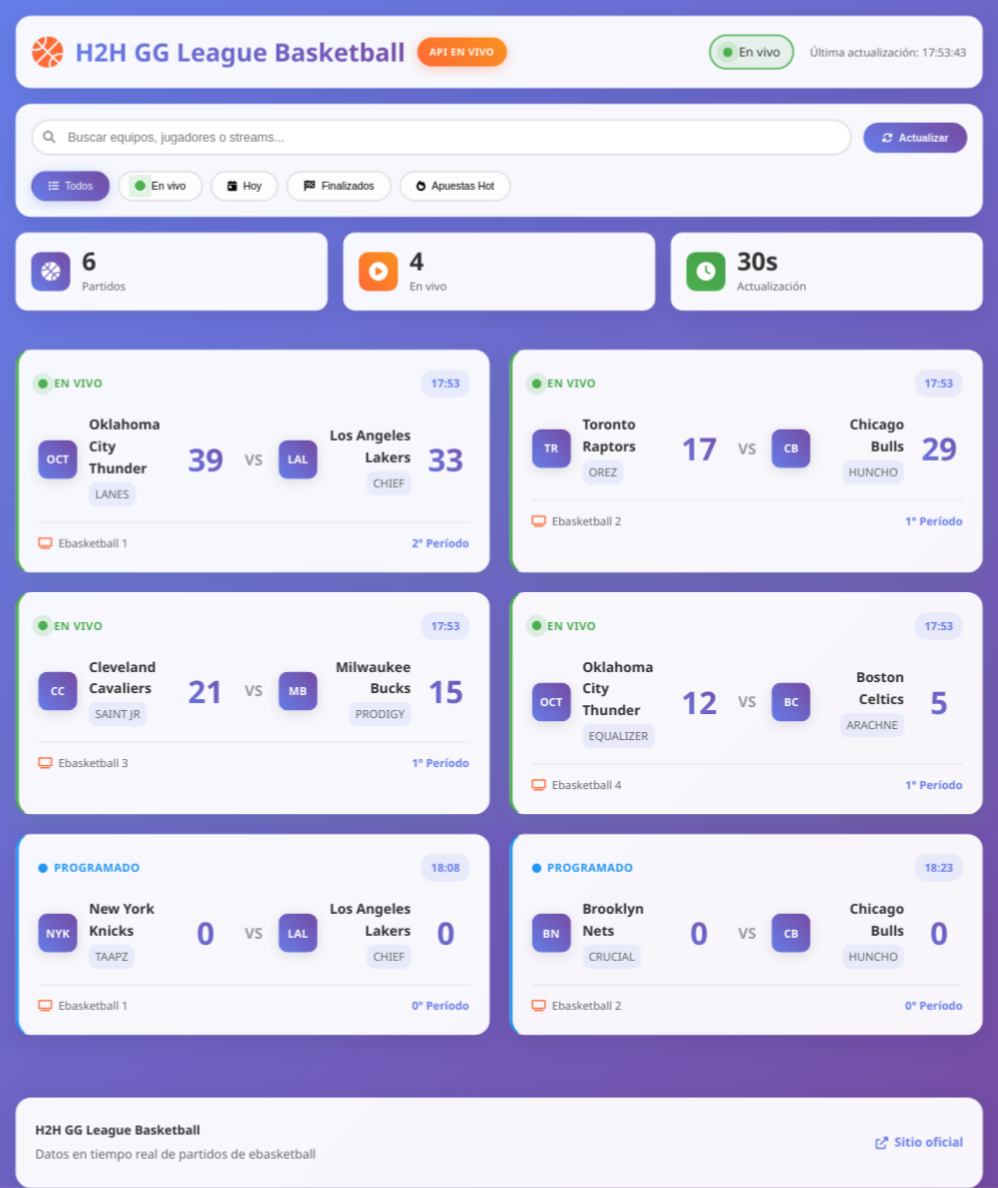
Repository: Diego-Orasystem/AnalisisApuestas
Page: index.html
The author's editor kept a copy of each file at every save. The page is drawn from the files as they stood at one save, then again after the next save.
The browser window is 1280 px wide. The pictures show the whole page, at 78% of full size.
The page's requests for data from a server got no answer.

Above is the page before, as saved 2025-07-06 18:37:35.

### index.html
<!DOCTYPE html>
<html lang="es">
<head>
    <meta charset="UTF-8">
    <meta name="viewport" content="width=device-width, initial-scale=1.0">
    <title>H2H GG League Basketball - Partidos en Vivo</title>
    <link rel="stylesheet" href="styles.css">
    <link href="https://cdnjs.cloudflare.com/ajax/libs/font-awesome/6.0.0/css/all.min.css" rel="stylesheet">
</head>
<body>
    <div class="container">
        <!-- Header -->
        <header class="header">
            <div class="header-content">
                <div class="logo">
                    <i class="fas fa-basketball-ball"></i>
                    <h1>H2H GG League Basketball</h1>
                    <span class="api-badge">API EN VIVO</span>
                </div>
                <div class="header-info">
                    <div class="live-indicator">
                        <div class="live-dot"></div>
                        <span>En vivo</span>
                    </div>
                    <div class="update-info">
                        Última actualización: <span id="lastUpdateTime">--:--:--</span>
                    </div>
                </div>
            </div>
        </header>

        <!-- Controls -->
        <div class="controls">
            <div class="search-container">
                <div class="search-box">
                    <i class="fas fa-search"></i>
                    <input type="text" id="searchInput" placeholder="Buscar equipos, jugadores o streams...">
                </div>
                <button class="refresh-btn" onclick="refreshGames()">
                    <i class="fas fa-sync-alt"></i>
                    Actualizar
                </button>
            </div>
            <div class="filters">
                <button class="filter-btn active" data-filter="all">
                    <i class="fas fa-list"></i>
                    Todos
                </button>
                <button class="filter-btn" data-filter="live">
                    <i class="fas fa-circle live-icon"></i>
                    En vivo
                </button>
                <button class="filter-btn" data-filter="today">
                    <i class="fas fa-calendar-day"></i>
                    Hoy
                </button>
                <button class="filter-btn" data-filter="finished">
                    <i class="fas fa-flag-checkered"></i>
                    Finalizados
                </button>
                <button class="filter-btn betting-filter" data-filter="betting">
                    <i class="fas fa-fire"></i>
                    Apuestas Hot
                </button>
            </div>
        </div>

        <!-- Stats -->
        <div class="stats">
            <div class="stat-card">
                <div class="stat-icon">
                    <i class="fas fa-basketball-ball"></i>
                </div>
                <div class="stat-info">
                    <div class="stat-number" id="totalGames">0</div>
                    <div class="stat-label">Partidos</div>
                </div>
            </div>
            <div class="stat-card">
                <div class="stat-icon">
                    <i class="fas fa-play-circle"></i>
                </div>
                <div class="stat-info">
                    <div class="stat-number" id="liveGames">0</div>
                    <div class="stat-label">En vivo</div>
                </div>
            </div>
            <div class="stat-card">
                <div class="stat-icon">
                    <i class="fas fa-clock"></i>
                </div>
                <div class="stat-info">
                    <div class="stat-number">30s</div>
                    <div class="stat-label">Actualización</div>
                </div>
            </div>
        </div>

        <!-- Main Content -->
        <main class="main-content">
            <!-- Loading -->
            <div class="loading" id="loading">
                <div class="loading-spinner">
                    <div class="spinner"></div>
                </div>
                <p>Cargando partidos...</p>
            </div>

            <!-- Error Message -->
            <div class="error-message" id="errorMessage">
                <i class="fas fa-exclamation-triangle"></i>
                <span>Error al cargar los datos. Reintentando...</span>
            </div>

            <!-- Games Container -->
            <div class="games-container" id="gamesContainer">
                <!-- Los partidos se cargarán aquí dinámicamente -->
            </div>

            <!-- No Games -->
            <div class="no-games" id="noGames" style="display: none;">
                <i class="fas fa-basketball-ball"></i>
                <h3>No hay partidos disponibles</h3>
                <p>No se encontraron partidos que coincidan con tu búsqueda o filtros.</p>
                <button class="refresh-btn" onclick="refreshGames()">
                    <i class="fas fa-sync-alt"></i>
                    Actualizar
                </button>
            </div>
        </main>

        <!-- Footer -->
        <footer class="footer">
            <div class="footer-content">
                <div class="footer-info">
                    <p><strong>H2H GG League Basketball</strong></p>
                    <p>Datos en tiempo real de partidos de ebasketball</p>
                </div>
                <div class="footer-links">
                    <a href="https://h2hgg.com/en/ebasketball" target="_blank">
                        <i class="fas fa-external-link-alt"></i>
                        Sitio oficial
                    </a>
                </div>
            </div>
        </footer>
    </div>

    <!-- Modal -->
    <div class="modal" id="gameModal">
        <div class="modal-dialog">
            <div class="modal-content">
                <div class="modal-header">
                    <h2>Detalles del Partido</h2>
                    <button class="close-btn" onclick="closeModal()">&times;</button>
                </div>
                <div class="modal-teams" id="modalTeams">
                    <!-- Los equipos se cargarán aquí -->
                </div>
                <div class="modal-game-details" id="modalGameDetails">
                    <!-- Los detalles se cargarán aquí -->
                </div>
            </div>
        </div>
    </div>

    <script src="scraper.js"></script>
    <script src="script.js"></script>
</body>
</html>

### styles.css
/* Reset y configuración base */
* {
    margin: 0;
    padding: 0;
    box-sizing: border-box;
}

body {
    font-family: 'Segoe UI', Tahoma, Geneva, Verdana, sans-serif;
    background: linear-gradient(135deg, #667eea 0%, #764ba2 100%);
    min-height: 100vh;
    color: #333;
    line-height: 1.6;
}

.container {
    max-width: 1400px;
    margin: 0 auto;
    padding: 0 20px;
    min-height: 100vh;
    display: flex;
    flex-direction: column;
}

/* Header */
.header {
    background: rgba(255, 255, 255, 0.95);
    backdrop-filter: blur(10px);
    border-radius: 20px;
    margin: 20px 0;
    padding: 20px;
    box-shadow: 0 8px 32px rgba(0, 0, 0, 0.1);
    border: 1px solid rgba(255, 255, 255, 0.2);
}

.header-content {
    display: flex;
    justify-content: space-between;
    align-items: center;
    flex-wrap: wrap;
    gap: 15px;
}

.logo {
    display: flex;
    align-items: center;
    gap: 15px;
}

.logo i {
    font-size: 2.5rem;
    color: #ff6b35;
    animation: bounce 2s infinite;
}

.logo h1 {
    font-size: 2rem;
    font-weight: 700;
    background: linear-gradient(45deg, #667eea, #764ba2);
    -webkit-background-clip: text;
    -webkit-text-fill-color: transparent;
    background-clip: text;
}

.api-badge {
    background: linear-gradient(45deg, #ff6b35, #f7931e);
    color: white;
    padding: 8px 16px;
    border-radius: 20px;
    font-size: 0.8rem;
    font-weight: 600;
    text-transform: uppercase;
    letter-spacing: 0.5px;
    box-shadow: 0 4px 15px rgba(255, 107, 53, 0.3);
}

.header-info {
    display: flex;
    align-items: center;
    gap: 20px;
    flex-wrap: wrap;
}

.live-indicator {
    display: flex;
    align-items: center;
    gap: 8px;
    background: rgba(76, 175, 80, 0.1);
    padding: 8px 16px;
    border-radius: 25px;
    border: 2px solid #4CAF50;
}

.live-dot {
    width: 12px;
    height: 12px;
    background: #4CAF50;
    border-radius: 50%;
    animation: pulse 1.5s infinite;
}

.update-info {
    color: #666;
    font-size: 0.9rem;
}

/* Controls */
.controls {
    background: rgba(255, 255, 255, 0.95);
    backdrop-filter: blur(10px);
    border-radius: 20px;
    padding: 20px;
    margin-bottom: 20px;
    box-shadow: 0 8px 32px rgba(0, 0, 0, 0.1);
}

.search-container {
    display: flex;
    gap: 15px;
    margin-bottom: 20px;
    align-items: center;
    flex-wrap: wrap;
}

.search-box {
    flex: 1;
    position: relative;
    min-width: 250px;
}

.search-box i {
    position: absolute;
    left: 15px;
    top: 50%;
    transform: translateY(-50%);
    color: #999;
    z-index: 1;
}

.search-box input {
    width: 100%;
    padding: 12px 15px 12px 45px;
    border: 2px solid #e0e0e0;
    border-radius: 25px;
    font-size: 1rem;
    background: white;
    transition: all 0.3s ease;
}

.search-box input:focus {
    outline: none;
    border-color: #667eea;
    box-shadow: 0 0 0 3px rgba(102, 126, 234, 0.1);
}

.refresh-btn {
    background: linear-gradient(45deg, #667eea, #764ba2);
    color: white;
    border: none;
    padding: 12px 24px;
    border-radius: 25px;
    font-weight: 600;
    cursor: pointer;
    transition: all 0.3s ease;
    display: flex;
    align-items: center;
    gap: 8px;
    white-space: nowrap;
}

.refresh-btn:hover {
    transform: translateY(-2px);
    box-shadow: 0 8px 25px rgba(102, 126, 234, 0.3);
}

.refresh-btn:active {
    transform: translateY(0);
}

.filters {
    display: flex;
    gap: 10px;
    flex-wrap: wrap;
}

.filter-btn {
    background: rgba(255, 255, 255, 0.8);
    border: 2px solid #e0e0e0;
    padding: 10px 20px;
    border-radius: 25px;
    cursor: pointer;
    transition: all 0.3s ease;
    font-weight: 500;
    display: flex;
    align-items: center;
    gap: 8px;
}

.filter-btn:hover {
    background: rgba(102, 126, 234, 0.1);
    border-color: #667eea;
    transform: translateY(-1px);
}

.filter-btn.active {
    background: linear-gradient(45deg, #667eea, #764ba2);
    color: white;
    border-color: transparent;
    box-shadow: 0 4px 15px rgba(102, 126, 234, 0.3);
}

.live-icon {
    color: #4CAF50;
    animation: pulse 1.5s infinite;
}

/* Stats */
.stats {
    display: grid;
    grid-template-columns: repeat(auto-fit, minmax(200px, 1fr));
    gap: 20px;
    margin-bottom: 30px;
}

.stat-card {
    background: rgba(255, 255, 255, 0.95);
    backdrop-filter: blur(10px);
    border-radius: 15px;
    padding: 20px;
    box-shadow: 0 8px 32px rgba(0, 0, 0, 0.1);
    display: flex;
    align-items: center;
    gap: 15px;
    transition: all 0.3s ease;
}

.stat-card:hover {
    transform: translateY(-5px);
    box-shadow: 0 15px 40px rgba(0, 0, 0, 0.15);
}

.stat-icon {
    width: 50px;
    height: 50px;
    border-radius: 12px;
    display: flex;
    align-items: center;
    justify-content: center;
    font-size: 1.5rem;
    color: white;
}

.stat-card:nth-child(1) .stat-icon {
    background: linear-gradient(45deg, #667eea, #764ba2);
}

.stat-card:nth-child(2) .stat-icon {
    background: linear-gradient(45deg, #ff6b35, #f7931e);
}

.stat-card:nth-child(3) .stat-icon {
    background: linear-gradient(45deg, #4CAF50, #45a049);
}

.stat-info {
    flex: 1;
}

.stat-number {
    font-size: 2rem;
    font-weight: 700;
    color: #333;
    line-height: 1;
}

.stat-label {
    color: #666;
    font-size: 0.9rem;
    font-weight: 500;
    margin-top: 5px;
}

/* Main Content */
.main-content {
    flex: 1;
    margin-bottom: 30px;
}

/* Loading */
.loading {
    display: none;
    flex-direction: column;
    align-items: center;
    justify-content: center;
    padding: 60px 20px;
    background: rgba(255, 255, 255, 0.95);
    backdrop-filter: blur(10px);
    border-radius: 20px;
    box-shadow: 0 8px 32px rgba(0, 0, 0, 0.1);
}

.loading-spinner {
    margin-bottom: 20px;
}

.spinner {
    width: 50px;
    height: 50px;
    border: 4px solid #f3f3f3;
    border-top: 4px solid #667eea;
    border-radius: 50%;
    animation: spin 1s linear infinite;
}

.loading p {
    color: #666;
    font-size: 1.1rem;
    font-weight: 500;
}

/* Error Message */
.error-message {
    background: linear-gradient(45deg, #ff4444, #cc0000);
    color: white;
    padding: 15px 20px;
    border-radius: 15px;
    margin-bottom: 20px;
    display: none;
    align-items: center;
    gap: 10px;
    box-shadow: 0 4px 15px rgba(255, 68, 68, 0.3);
}

.error-message i {
    font-size: 1.2rem;
}

/* Games Container */
.games-container {
    display: grid;
    grid-template-columns: repeat(auto-fit, minmax(400px, 1fr));
    gap: 25px;
    padding: 20px 0;
}

/* Game Cards */
.game-card {
    background: rgba(255, 255, 255, 0.95);
    backdrop-filter: blur(10px);
    border-radius: 20px;
    padding: 25px;
    box-shadow: 0 8px 32px rgba(0, 0, 0, 0.1);
    border: 1px solid rgba(255, 255, 255, 0.2);
    transition: all 0.3s ease;
    cursor: pointer;
    position: relative;
    overflow: hidden;
}

.game-card::before {
    content: '';
    position: absolute;
    top: 0;
    left: 0;
    right: 0;
    height: 4px;
    background: linear-gradient(45deg, #667eea, #764ba2);
    opacity: 0;
    transition: opacity 0.3s ease;
}

.game-card:hover {
    transform: translateY(-8px);
    box-shadow: 0 20px 50px rgba(0, 0, 0, 0.15);
}

.game-card:hover::before {
    opacity: 1;
}

.game-card.live {
    border-left: 4px solid #4CAF50;
    animation: liveGlow 2s infinite alternate;
}

.game-card.finished {
    border-left: 4px solid #9e9e9e;
}

.game-card.scheduled {
    border-left: 4px solid #2196F3;
}

/* Game Header */
.game-header {
    display: flex;
    justify-content: space-between;
    align-items: center;
    margin-bottom: 20px;
}

.game-status {
    display: flex;
    align-items: center;
    gap: 8px;
}

.status-indicator {
    width: 12px;
    height: 12px;
    border-radius: 50%;
}

.status-indicator.live {
    background: #4CAF50;
    animation: pulse 1.5s infinite;
}

.status-indicator.finished {
    background: #9e9e9e;
}

.status-indicator.scheduled {
    background: #2196F3;
}

.status-text {
    font-weight: 600;
    font-size: 0.9rem;
    text-transform: uppercase;
    letter-spacing: 0.5px;
}

.status-text.live {
    color: #4CAF50;
}

.status-text.finished {
    color: #9e9e9e;
}

.status-text.scheduled {
    color: #2196F3;
}

.game-time {
    background: rgba(102, 126, 234, 0.1);
    color: #667eea;
    padding: 6px 12px;
    border-radius: 15px;
    font-weight: 600;
    font-size: 0.9rem;
}

/* Game Teams */
.game-teams {
    display: flex;
    align-items: center;
    justify-content: space-between;
    margin-bottom: 20px;
}

.team {
    display: flex;
    align-items: center;
    gap: 15px;
    flex: 1;
}

.away-team {
    flex-direction: row-reverse;
    text-align: right;
}

.team-logo {
    position: relative;
    width: 50px;
    height: 50px;
    border-radius: 12px;
    overflow: hidden;
    box-shadow: 0 4px 15px rgba(0, 0, 0, 0.1);
}

.team-logo img {
    width: 100%;
    height: 100%;
    object-fit: cover;
}

.team-initial {
    width: 100%;
    height: 100%;
    background: linear-gradient(45deg, #667eea, #764ba2);
    color: white;
    display: flex;
    align-items: center;
    justify-content: center;
    font-weight: 700;
    font-size: 0.9rem;
}

.team-info {
    flex: 1;
}

.away-team .team-info {
    text-align: right;
}

.team-name {
    font-weight: 700;
    font-size: 1.1rem;
    color: #333;
    margin-bottom: 4px;
}

.team-player {
    color: #666;
    font-size: 0.9rem;
    font-weight: 500;
    background: rgba(102, 126, 234, 0.1);
    padding: 4px 8px;
    border-radius: 10px;
    display: inline-block;
}

.team-score {
    font-size: 2.5rem;
    font-weight: 700;
    color: #333;
    min-width: 60px;
    text-align: center;
    background: linear-gradient(45deg, #667eea, #764ba2);
    -webkit-background-clip: text;
    -webkit-text-fill-color: transparent;
    background-clip: text;
}

.game-vs {
    margin: 0 20px;
    font-weight: 700;
    color: #999;
    font-size: 1.2rem;
}

/* Game Footer */
.game-footer {
    display: flex;
    justify-content: space-between;
    align-items: center;
    padding-top: 15px;
    border-top: 1px solid rgba(0, 0, 0, 0.1);
}

.game-league {
    display: flex;
    align-items: center;
    gap: 8px;
    color: #666;
    font-size: 0.9rem;
    font-weight: 500;
}

.game-league i {
    color: #ff6b35;
}

.game-period {
    color: #667eea;
    font-weight: 600;
    font-size: 0.9rem;
}

/* No Games */
.no-games {
    text-align: center;
    padding: 60px 20px;
    background: rgba(255, 255, 255, 0.95);
    backdrop-filter: blur(10px);
    border-radius: 20px;
    box-shadow: 0 8px 32px rgba(0, 0, 0, 0.1);
}

.no-games i {
    font-size: 4rem;
    color: #ccc;
    margin-bottom: 20px;
}

.no-games h3 {
    color: #333;
    margin-bottom: 10px;
    font-size: 1.5rem;
}

.no-games p {
    color: #666;
    margin-bottom: 25px;
}

.no-games .refresh-btn {
    display: inline-flex;
}

/* Modal */
.modal {
    display: none;
    position: fixed;
    z-index: 1000;
    left: 0;
    top: 0;
    width: 100%;
    height: 100%;
    background-color: rgba(0, 0, 0, 0.5);
    backdrop-filter: blur(5px);
}

.modal-dialog {
    position: relative;
    margin: 5% auto;
    max-width: 600px;
    width: 90%;
    max-height: 80vh;
    overflow-y: auto;
}

.modal-content {
    background: white;
    border-radius: 20px;
    padding: 30px;
    box-shadow: 0 20px 60px rgba(0, 0, 0, 0.3);
    position: relative;
}

.modal-header {
    display: flex;
    justify-content: space-between;
    align-items: center;
    margin-bottom: 25px;
    padding-bottom: 15px;
    border-bottom: 2px solid #f0f0f0;
}

.modal-header h2 {
    color: #333;
    font-size: 1.8rem;
    font-weight: 700;
}

.close-btn {
    background: none;
    border: none;
    font-size: 1.5rem;
    color: #999;
    cursor: pointer;
    padding: 5px;
    border-radius: 50%;
    transition: all 0.3s ease;
}

.close-btn:hover {
    background: #f0f0f0;
    color: #333;
}

.modal-teams {
    display: flex;
    align-items: center;
    justify-content: space-between;
    margin-bottom: 30px;
    padding: 20px;
    background: #f8f9fa;
    border-radius: 15px;
}

.modal-team {
    display: flex;
    align-items: center;
    gap: 15px;
    flex: 1;
}

.modal-team:last-child {
    flex-direction: row-reverse;
    text-align: right;
}

.modal-team-logo {
    width: 60px;
    height: 60px;
    border-radius: 15px;
    object-fit: cover;
    box-shadow: 0 4px 15px rgba(0, 0, 0, 0.1);
}

.modal-team-info h3 {
    color: #333;
    font-size: 1.2rem;
    margin-bottom: 5px;
}

.modal-team-info p {
    color: #666;
    font-size: 0.9rem;
    margin: 2px 0;
}

.modal-team-score {
    font-size: 3rem;
    font-weight: 700;
    background: linear-gradient(45deg, #667eea, #764ba2);
    -webkit-background-clip: text;
    -webkit-text-fill-color: transparent;
    background-clip: text;
    min-width: 80px;
    text-align: center;
}

.modal-vs {
    margin: 0 20px;
    font-weight: 700;
    color: #999;
    font-size: 1.5rem;
}

.modal-game-details {
    display: grid;
    gap: 15px;
}

.detail-item {
    display: flex;
    justify-content: space-between;
    align-items: center;
    padding: 12px 15px;
    background: #f8f9fa;
    border-radius: 10px;
}

.detail-label {
    font-weight: 600;
    color: #333;
}

.detail-value {
    color: #666;
    font-weight: 500;
}

.detail-value.live {
    color: #4CAF50;
    font-weight: 700;
}

.detail-value.finished {
    color: #9e9e9e;
    font-weight: 700;
}

.detail-value.scheduled {
    color: #2196F3;
    font-weight: 700;
}

/* Footer */
.footer {
    background: rgba(255, 255, 255, 0.95);
    backdrop-filter: blur(10px);
    border-radius: 20px;
    padding: 25px;
    margin-top: 30px;
    box-shadow: 0 8px 32px rgba(0, 0, 0, 0.1);
}

.footer-content {
    display: flex;
    justify-content: space-between;
    align-items: center;
    flex-wrap: wrap;
    gap: 20px;
}

.footer-info p {
    color: #666;
    margin: 5px 0;
}

.footer-info strong {
    color: #333;
}

.footer-links a {
    color: #667eea;
    text-decoration: none;
    font-weight: 600;
    display: flex;
    align-items: center;
    gap: 8px;
    transition: all 0.3s ease;
}

.footer-links a:hover {
    color: #764ba2;
    transform: translateY(-1px);
}

/* Animations */
@keyframes bounce {
    0%, 20%, 50%, 80%, 100% {
        transform: translateY(0);
    }
    40% {
        transform: translateY(-10px);
    }
    60% {
        transform: translateY(-5px);
    }
}

@keyframes pulse {
    0% {
        box-shadow: 0 0 0 0 rgba(76, 175, 80, 0.7);
    }
    70% {
        box-shadow: 0 0 0 10px rgba(76, 175, 80, 0);
    }
    100% {
        box-shadow: 0 0 0 0 rgba(76, 175, 80, 0);
    }
}

@keyframes spin {
    0% { transform: rotate(0deg); }
    100% { transform: rotate(360deg); }
}

@keyframes liveGlow {
    0% {
        box-shadow: 0 8px 32px rgba(0, 0, 0, 0.1);
    }
    100% {
        box-shadow: 0 8px 32px rgba(76, 175, 80, 0.2);
    }
}

/* Responsive Design */
@media (max-width: 768px) {
    .container {
        padding: 0 15px;
    }

    .header-content {
        flex-direction: column;
        text-align: center;
    }

    .logo h1 {
        font-size: 1.5rem;
    }

    .search-container {
        flex-direction: column;
    }

    .search-box {
        min-width: 100%;
    }

    .filters {
        justify-content: center;
    }

    .games-container {
        grid-template-columns: 1fr;
        gap: 20px;
    }

    .game-teams {
        flex-direction: column;
        gap: 15px;
    }

    .away-team {
        flex-direction: row;
        text-align: left;
    }

    .game-vs {
        margin: 0;
        transform: rotate(90deg);
    }

    .modal-teams {
        flex-direction: column;
        gap: 20px;
    }

    .modal-team:last-child {
        flex-direction: row;
        text-align: left;
    }

    .footer-content {
        flex-direction: column;
        text-align: center;
    }
}

@media (max-width: 480px) {
    .logo i {
        font-size: 2rem;
    }

    .logo h1 {
        font-size: 1.3rem;
    }

    .team-score {
        font-size: 2rem;
    }

    .modal-team-score {
        font-size: 2.5rem;
    }

    .stat-number {
        font-size: 1.5rem;
    }
}

Loaded but not shown: script.js (504 lines, source omitted); scraper.js (473 lines, source omitted)

After the next save:
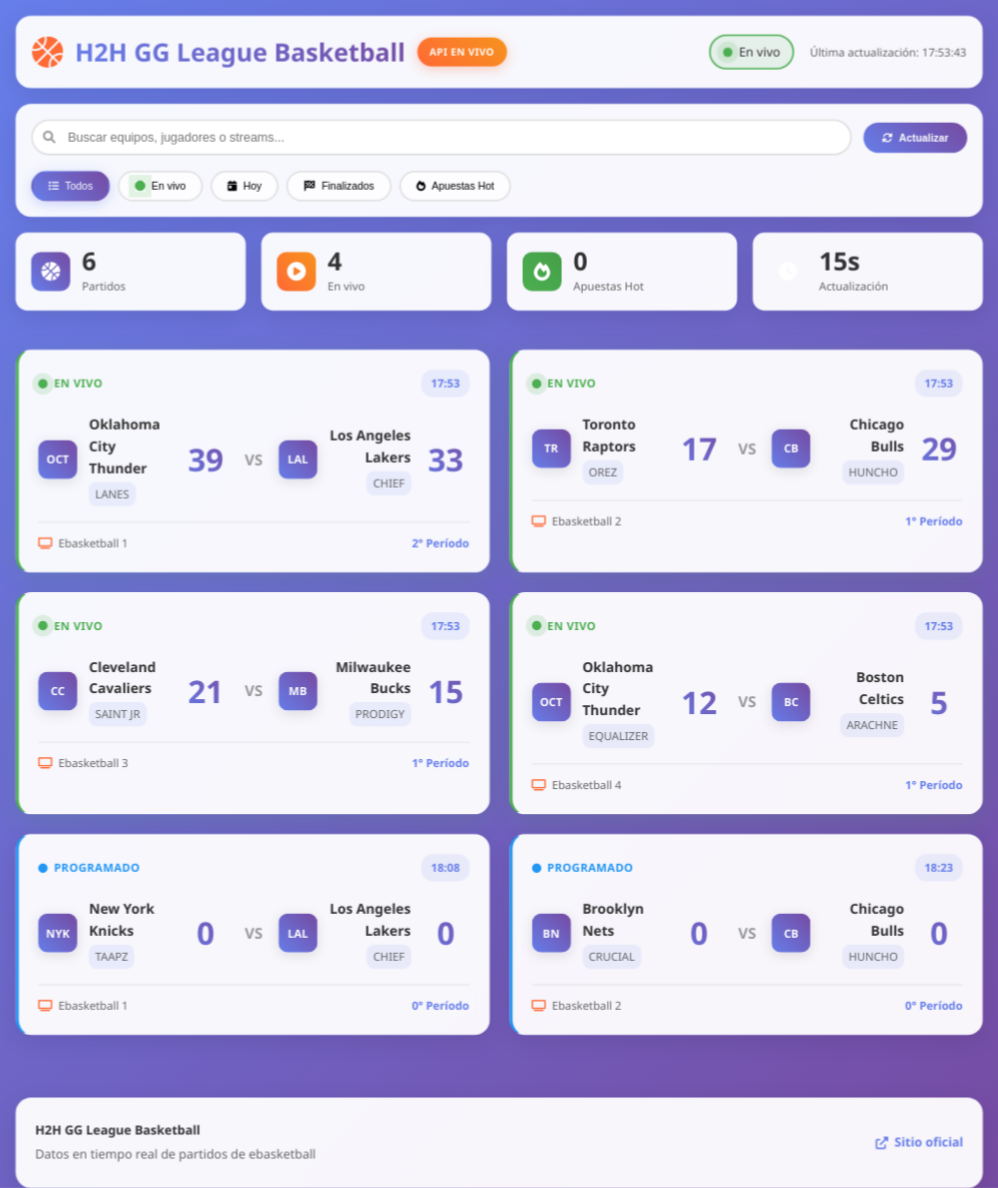
Saved 9 s later.
--- a/index.html
+++ b/index.html
@@ -87,10 +87,19 @@
             </div>
             <div class="stat-card">
                 <div class="stat-icon">
+                    <i class="fas fa-fire"></i>
+                </div>
+                <div class="stat-info">
+                    <div class="stat-number" id="bettingGames">0</div>
+                    <div class="stat-label">Apuestas Hot</div>
+                </div>
+            </div>
+            <div class="stat-card">
+                <div class="stat-icon">
                     <i class="fas fa-clock"></i>
                 </div>
                 <div class="stat-info">
-                    <div class="stat-number">30s</div>
+                    <div class="stat-number">15s</div>
                     <div class="stat-label">Actualización</div>
                 </div>
             </div>
